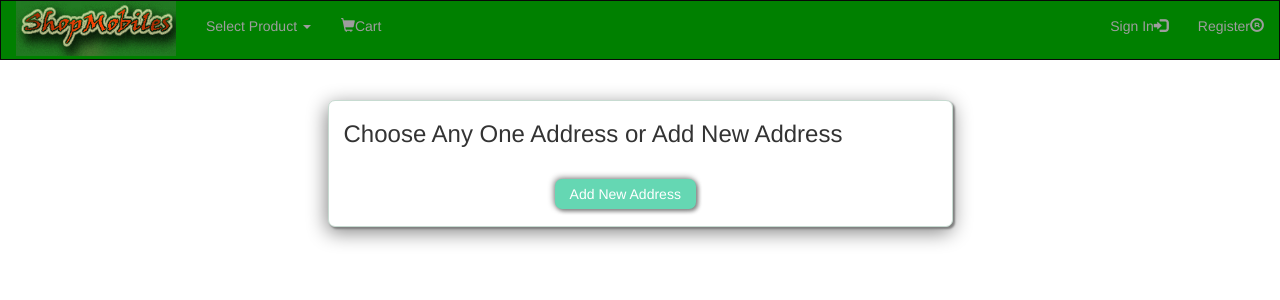
Repository: KoustabhBiswas/Final-Ecommerce-Project
Page: http://localhost/ecommerce1/WEB-INF/views/address.jsp
The author's editor kept a copy of each file at every save. The page is drawn from the files as they stood at one save, then again after the next save.
The browser window is 1280 px wide. The pictures show the whole page.
Some web libraries are served in a nearby version. The page is served by Tomcat 9. Nobody is signed in. Other server files are loaded and not shown. The template is opened directly, without the code that normally fills it, so the values that code supplies are empty.

Above is the page before, as saved 2017-09-23 13:10:34.

### Final Ecommerce Project/Ecommerce_Project-master/project/ecommerce1/src/main/webapp/WEB-INF/views/address.jsp
<%@ page language="java" contentType="text/html; charset=ISO-8859-1"
	pageEncoding="ISO-8859-1" isELIgnored="false"%>
<%@ taglib uri="http://java.sun.com/jsp/jstl/core" prefix="c"%>
<%@ taglib uri="http://www.springframework.org/tags/form" prefix="form" %>
<!DOCTYPE html PUBLIC "-//W3C//DTD HTML 4.01 Transitional//EN" "http://www.w3.org/TR/html4/loose.dtd">
<html>
<head>
<meta http-equiv="Content-Type" content="text/html; charset=ISO-8859-1">
<title>Insert title here</title>
<link rel="stylesheet"
	href="https://cdnjs.cloudflare.com/ajax/libs/font-awesome/4.7.0/css/font-awesome.min.css">

<link rel="stylesheet"
	href="https://maxcdn.bootstrapcdn.com/bootstrap/3.3.7/css/bootstrap.min.css">
<script src="https://ajax.googleapis.com/ajax/libs/jquery/3.2.1/jquery.min.js">
<script
	 src="https://maxcdn.bootstrapcdn.com/bootstrap/3.3.7/js/bootstrap.min.js"></script>
</head>
<script type="text/javascript">
	$(document).ready(function(){
		$("#click").click(function(){
			$("#form").toggle(1000);
		});

	});
</script>
<style>
a {
	text-decoration: none;
}

a:hover {
	text-decoration: none;
}

.button {
	margin-left: 35%;
	margin-bottom: 4%;
	background-color: #65D7B3;
}
 .newAddr{
	background-color:#65D7B3;
	color:white;
	padding: 5px 15px 5px 15px;
	border-radius:7px;
	box-shadow:2px 2px 4px grey, -1px -1px 6px grey;
	border-style:none;
	margin-bottom: 4%;
	margin-left:8%;
}
.newAddr:hover{
	box-shadow:1px 1px 2px grey, 2px 2px 4px grey;
}
</style>
<body>
	<div class="container-fluid">
		<%@ include file="shared/navbar.jsp"%>

		<h2 style="color: red;">${addrList}</h2>
		<div class="col-md-6"
			style="margin-left: 25%; background-color: white; height: auto; border: 1px solid #c7dbd1; border-radius: 7px; box-shadow: 2px 2px 2px grey, -1px 5px 20px grey">
			<table class="table" style="border: 0px solid; margin-top: 2%;">
				<thead>

				<h3>Choose Any One Address or Add New Address</h3>
				</thead>
				<c:forEach items="${addrList1}" var="i">
					<tbody>
						<tr>
							<td style="border-top: 0px; border-bottom: 0px;"><a
								href="${pageContext.request.contextPath}/user/placeOrder/${i.id}"
								style="margin-left: 4%; color: black;"><p
										style="height: auto;">${i.shippingAddress}</p></a></td>
						</tr>
					</tbody>

				</c:forEach>
			</table>
			<div style="margin-left:30%;">
			<div id="form" style="display:none;">
				<form:form action="${pageContext.request.contextPath}/user/addAddress" method="post" modelAttribute="address" class="form-horizontal">
					<form:input path="shippingAddress" type="text" style="width : 200px;" class="form-control"/>
					<input type="submit" value="Add" class="newAddr" style="margin-left: 15%; margin-top: 2%;">
				</form:form>

			</div>

				<button id="click" class="newAddr">Add New Address</button>
				</div>
		</div>
	</div>
</body>
</html>

### Final Ecommerce Project/Ecommerce_Project-master/project/ecommerce1/src/main/webapp/WEB-INF/views/shared/navbar.jsp
<%@ page language="java" contentType="text/html; charset=ISO-8859-1"
	pageEncoding="ISO-8859-1" isELIgnored="false"%>
<%@ taglib uri="http://www.springframework.org/security/tags"
	prefix="sec"%>
<%@ taglib uri="http://java.sun.com/jsp/jstl/core" prefix="c"%>

<%@ page
	import="java.security.*, java.util.* , javax.servlet.http.HttpServletRequest"%>

<style>
nav {
	background-color: #1b6d85;
}
#dropdown{
	width:140px;
	background-color: #F8F8F8;
	z-index: 1;
	list-style:none;
	margin-top: -8%;
	margin-left:12%;
	 color:black;
}
</style>

<div class="row" style="border-bottom-style: none;">
	<nav class="navbar navbar-inverse"
		style="background-color: green; border-radius: 0px; color: white; height: 60px">
		<div class="container-fluid">
			<div class="navbar-header">
				<a class="navbar-brand" href="${pageContext.request.contextPath}"
					style="height: 59px"><img
					src="<c:url value="/resources/images/final.jpg" />" height=55px
					width=160px style="margin-top: -9.5%"></a>
			</div>
			<ul class="nav navbar-nav">

				<li class="dropdown"><a class="dropdown-toggle"
					data-toggle="dropdown" href="#">Select Product <span
						class="caret"></span></a>
					<ul class="dropdown-menu">
						<li><a href="${pageContext.request.contextPath}/samsung">Samsung</a></li>
						<li><a href="${pageContext.request.contextPath}/nokia">Nokia</a></li>
						<li><a href="#">HTC</a></li>
					</ul></li>

				<li><a href="/ecommerce1/user/view/cart"><span
						class="glyphicon glyphicon-shopping-cart"></span>Cart</a></li>

			</ul>
			<ul class="nav navbar-nav navbar-right">
				<sec:authorize access="hasAuthority('Admin')">
					<li class="dropdown"><a class="dropdown-toggle"
						data-toggle="dropdown" href="#">Admin <span class="caret"></span></a>
						<ul class="dropdown-menu">
							<li><a href="admin/product">Product</a></li>
							<li><a href="admin/supplier">Supplier</a></li>

						</ul></li>
				</sec:authorize>
				<sec:authorize access="isAnonymous()">
					<li><a href="login">Sign In<span
							class="glyphicon glyphicon-log-in"></span></a></li>
				</sec:authorize>
				<sec:authorize access="isAuthenticated()">
					<li id="dropdownbtn"><a href="/ecommerce1/logout"> <%
 	Principal principal = request.getUserPrincipal();
 		if (principal != null) {
 			principal.getName();
 			out.println(principal.getName());
 		}
 %>
					</a><ul id="dropdown">
						<li style="margin-left:-23%;">Order List</li>

					</ul></li>
				</sec:authorize>
				<li><a href="registerpage">Register<span
						class="glyphicon glyphicon-registration-mark"></span></a></li>
			</ul>
		</div>
	</nav>
</div>

After the next save:
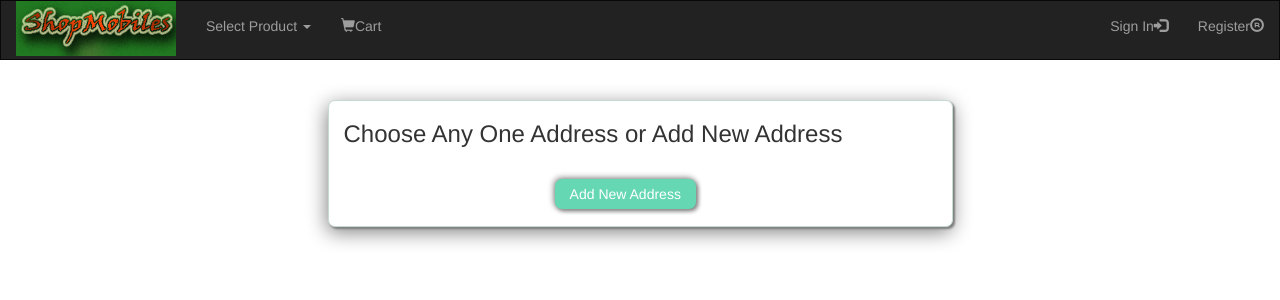
Saved 2 min 24 s later.
--- a/Final Ecommerce Project/Ecommerce_Project-master/project/ecommerce1/src/main/webapp/WEB-INF/views/shared/navbar.jsp
+++ b/Final Ecommerce Project/Ecommerce_Project-master/project/ecommerce1/src/main/webapp/WEB-INF/views/shared/navbar.jsp
@@ -24,7 +24,7 @@ nav {
 
 <div class="row" style="border-bottom-style: none;">
 	<nav class="navbar navbar-inverse"
-		style="background-color: green; border-radius: 0px; color: white; height: 60px">
+		style="background-color:; border-radius: 0px; color: white; height: 60px">
 		<div class="container-fluid">
 			<div class="navbar-header">
 				<a class="navbar-brand" href="${pageContext.request.contextPath}"
